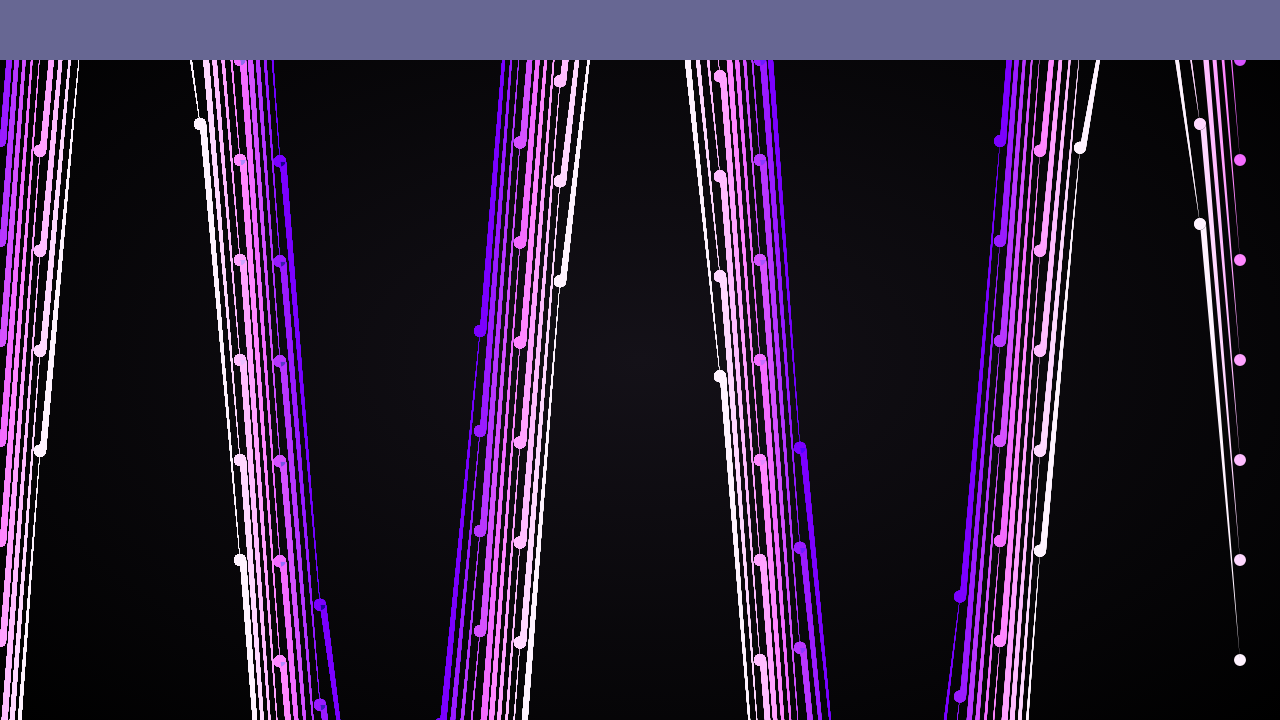
Repository: Iban-del/ProjetBacIban
Page: index.html
The author's editor kept a copy of each file at every save. The page is drawn from the files as they stood at one save, then again after the next save.
The browser window is 1280 px wide. The pictures show the whole page.

Above is the page before, as saved 2025-02-19 18:55:53.

After the next save:
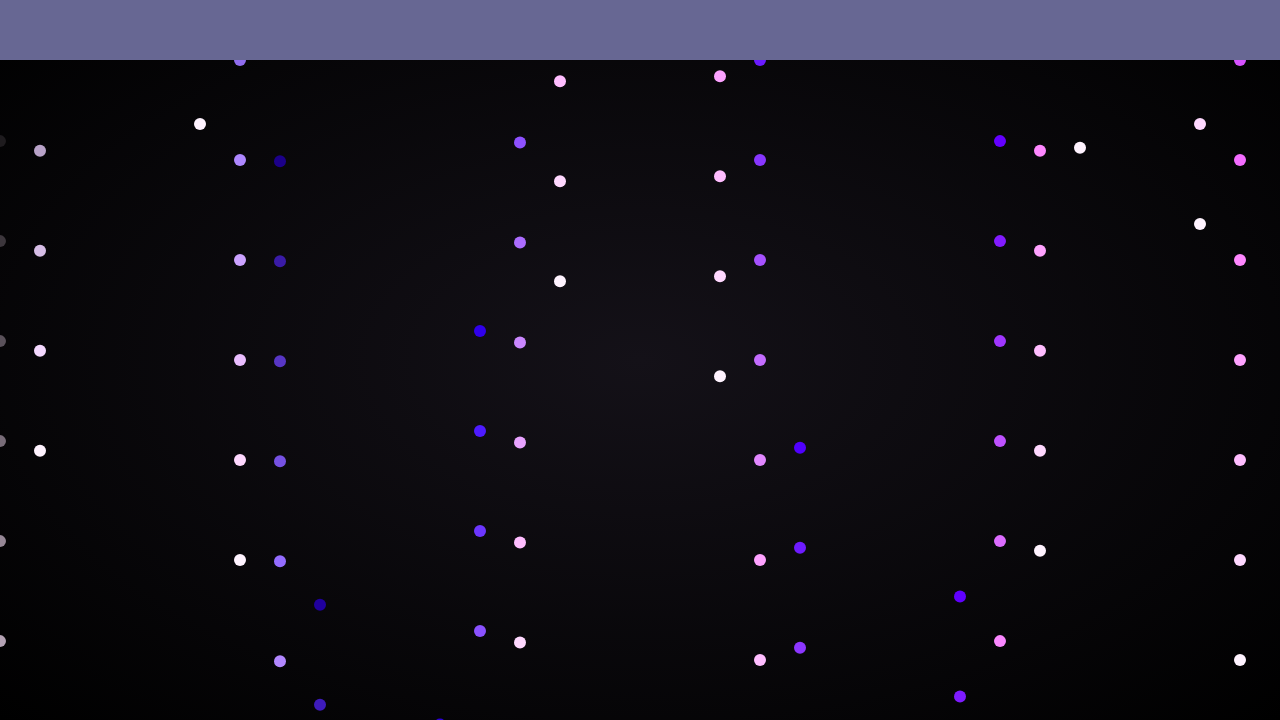
Saved 12 s later.
--- a/js/background.js
+++ b/js/background.js
@@ -69,12 +69,11 @@ function drawVague(ctx,canvas,A){
         ctx.clearRect(0,0,canvas.width,canvas.height)
         let color =0;
         for(let t = -100;t < window.innerHeight+100;t+= 100){
-            ctx.beginPath();
+
             for(let i = 0 ;i < window.innerWidth;i+=40){
                 let x = i
                 let y = vague(x,A)+(t)+(x*0.1);
-                ctx.lineTo(x,y)
-                ctx.moveTo(x,y)
+                ctx.beginPath();
                 ctx.fillStyle=`rgb(${color+(i*.1)},${color*0.9},${color+(i*.49)})`;
                 ctx.arc(x,y,6,0,Math.PI*2,true)
                 ctx.fill();
